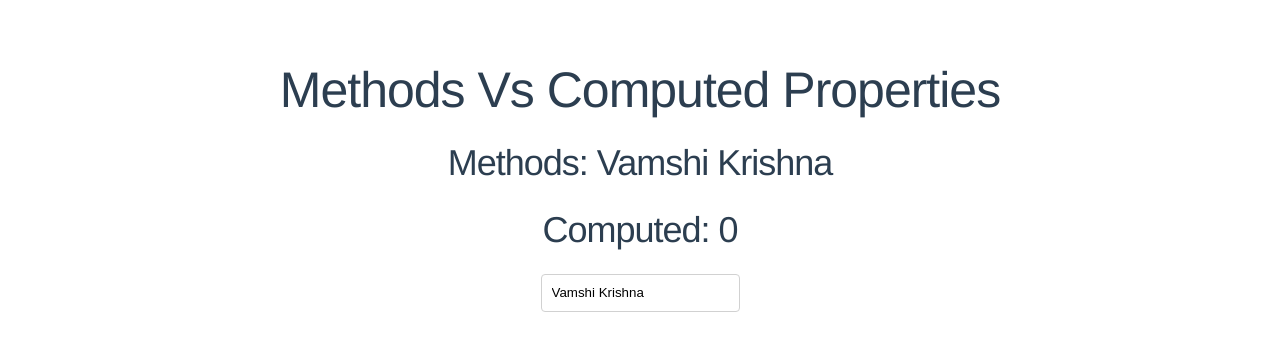
Repository: chsvk/Vue-JS-Course
Page: /
The author's editor kept a copy of each file at every save. The page is drawn from the files as they stood at one save, then again after the next save.
The browser window is 1280 px wide. The pictures show the whole page.
The project was rebuilt for these pictures with package versions that can differ from the ones it lists, and the page was loaded fresh each time. Also part of the build but not shown: src/components/HelloWorld.vue.

Above is the page before, as saved 2019-03-11 22:25:54.

After the next save:
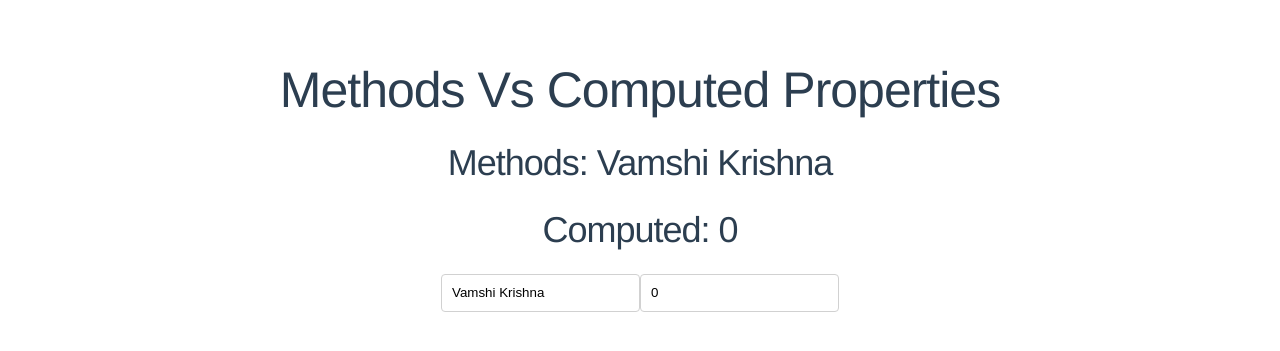
Saved 50 s later.
--- a/src/App.vue
+++ b/src/App.vue
@@ -4,6 +4,7 @@
     <h3>Methods: {{returnName()}}</h3>
     <h3>Computed: {{sumOfTwo}}</h3>
     <input type="text" placeholder="Enter Name" v-model="name">
+    <input type="text" placeholder="Enter Number" v-model="A">
   </div>
 </template>
 
